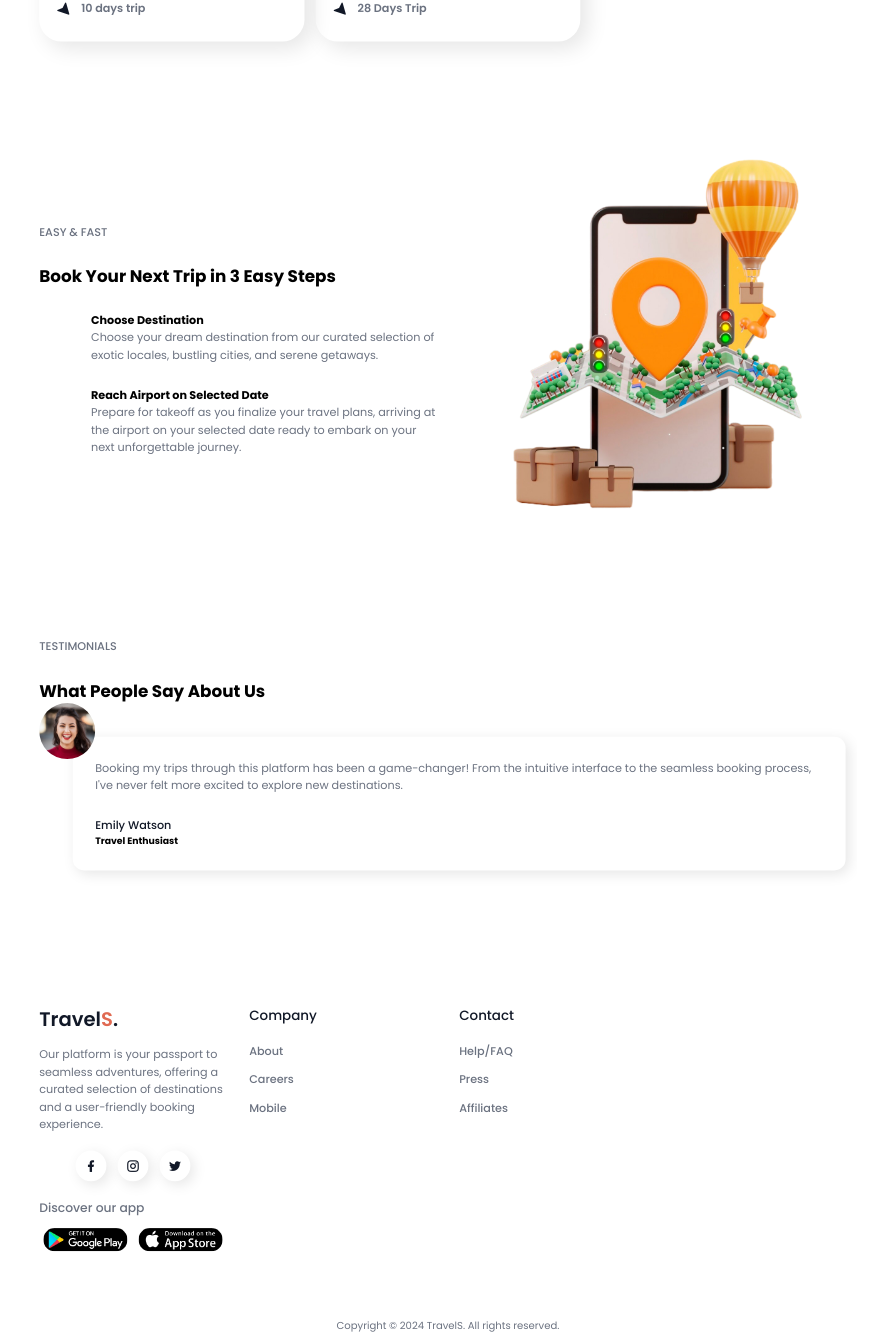
Repository: ntandomagana/travel-website
Page: index.html
The author's editor kept a copy of each file at every save. The page is drawn from the files as they stood at one save, then again after a run of saves.
The browser window is 1280 px wide. The pictures show the part of the page from y = 2199 to 4119 px (the page is 4119 px tall before and 3950 px after), at 70% of full size.

Above is the page before, as saved 2024-05-07 14:40:19.

### index.html
<!DOCTYPE html>
<html lang="en">
  <head>
    <meta charset="UTF-8" />
    <meta name="viewport" content="width=device-width, initial-scale=1.0" />
    <link
      href="https://cdn.jsdelivr.net/npm/remixicon@4.2.0/fonts/remixicon.css"
      rel="stylesheet"
    />
    <link
      rel="stylesheet"
      href="https://cdn.jsdelivr.net/npm/swiper@11/swiper-bundle.min.css"
    />
    <link rel="stylesheet" href="style.css" />
    <link rel="stylesheet" href="mediaqueries.css" />
    <title>Travel Website</title>
  </head>
  <body>
    <nav>
      <div class="nav-header">
        <div class="logo">
          <a href="#" class="logo">Travel<span>S</span>.</a>
        </div>
        <div class="nav-menu-btn" id="menu-btn">
          <i class="ri-menu-line"></i>
        </div>
      </div>

      <ul class="nav-links" id="nav-links">
        <li><a href="#home">Home</a></li>
        <li><a href="#service">Services</a></li>
        <li><a href="#destination">Destinations</a></li>
        <li><a href="#trips">Trips</a></li>
        <li><a href="#client">Clients</a></li>
      </ul>
    </nav>

    <header class="section-container header-container" id="home">
      <div class="header-image">
        <img src="assets/header.png" alt="header" />
      </div>
      <div class="header-content">
        <h3 class="section-subheader">BEST DESTINATIONS AROUND THE WORLD</h3>
        <h1>Travel, enjoy and live a new full life</h1>
        <p>
          It's an invitation to break free from the ordinary, immerse yourself
          in diverse cultures, and embrace the beauty of the world around you.
          Let every journey be a chapter in your story of living life to its
          fullest potential.
        </p>
        <div class="header-btns">
          <button class="btn">Find out more</button>
          <a href="#">
            <span><i class="ri-play-fill"></i></span>
            Play Demo
          </a>
        </div>
      </div>
    </header>

    <section class="section-container service-container" id="service">
      <h3 class="section-subheader">CATEGORY</h3>
      <h2 class="section-header">We Offer Best Services</h2>
      <div class="service-grid">
        <div class="service-card">
          <img src="assets/weather.png" alt="service" />
          <h4>Calculated Weather</h4>
          <p>
            Stay ahead of your travels with precise weather forecasts tailored
            to your destination's conditions.
          </p>
        </div>
        <div class="service-card">
          <img src="assets/customisation.png" alt="service" />
          <h4>Customizations</h4>
          <p>
            Tailor your journey with personalized customizations, ensuring every
            detail reflects your unique travel style.
          </p>
        </div>
      </div>
    </section>

    <section class="section-container destination-container" id="destination">
      <h3 class="section-subheader">TOP SELLING</h3>
      <h2 class="section-header">Top Destinations</h2>
      <div class="destination-grid">
        <div class="destination-card">
          <img src="assets/destination-1.jpg" alt="destination" />
          <div class="destination-details">
            <div>
              <h4>Rome, Italy</h4>
              <h4>$5.42k</h4>
            </div>
            <p>
              <span><i class="ri-navigation-fill"></i></span>
              10 days trip
            </p>
          </div>
        </div>
        <div class="destination-card">
          <img src="assets/destination-3.jpg" alt="destination" />
          <div class="destination-details">
            <div>
              <h4>Full Europe</h4>
              <h4>$15k</h4>
            </div>
            <p>
              <span><i class="ri-navigation-fill"></i></span>
              28 Days Trip
            </p>
          </div>
        </div>
      </div>
    </section>

    <section class="section-container trip-container" id="trip">
      <div class="trip-image">
        <img src="assets/trip.png" />
      </div>
      <div class="trip-content">
        <h3 class="section-subheader">EASY & FAST</h3>
        <h2 class="section-header">Book Your Next Trip in 3 Easy Steps</h2>
        <ul class="trip-list">
          <li>
            <span><i class="ri-signpost-line"></i></span>
            <div>
              <h4>Choose Destination</h4>
              <p>
                Choose your dream destination from our curated selection of
                exotic locales, bustling cities, and serene getaways.
              </p>
            </div>
          </li>

          <li>
            <span><i class="ri-secure-payment-line"></i></span>
            <div>
              <h4>Reach Airport on Selected Date</h4>
              <p>
                Prepare for takeoff as you finalize your travel plans, arriving
                at the airport on your selected date ready to embark on your
                next unforgettable journey.
              </p>
            </div>
          </li>
        </ul>
      </div>
    </section>

    <section class="section-container clinet-container" id="client">
      <div class="client-content">
        <h3 class="section-subheader">TESTIMONIALS</h3>
        <h2 class="section-header">What People Say About Us</h2>
      </div>
      <div class="client-swiper">
        <!--Slider main container-->
        <div class="swiper">
          <!--Additional required wrapper-->
          <div class="swiper-wrapper">
            <!--Slides-->
            <div class="swiper-slide">
              <div class="client-card">
                <img src="assets/client-1.jpg" alt="client" />
                <div class="client-card-content">
                  <p>
                    Booking my trips through this platform has been a
                    game-changer! From the intuitive interface to the seamless
                    booking process, I've never felt more excited to explore new
                    destinations.
                  </p>
                  <h4>Emily Watson</h4>
                  <h5>Travel Enthusiast</h5>
                </div>
              </div>
            </div>
            <div class="swiper-slide">
              <div class="client-card">
                <img src="assets/client-2.jpg" alt="client" />
                <div class="client-card-content">
                  <p>
                    As a busy professional, time is of the essence. This website
                    made planning my vacation a breeze, allowing me to focus on
                    what matters most: making memories with my family.
                  </p>
                  <h4>David Nguyen</h4>
                  <h5>Business Executive</h5>
                </div>
              </div>
            </div>

            <div class="swiper-slide">
              <div class="client-card">
                <img src="assets/client-3.jpg" alt="client" />
                <div class="client-card-content">
                  <p>
                    I've been using this service for years, and it never
                    disappoints. The convenience of booking my flights,
                    accommodations, and activities all in one place saves me
                    time and stress every trip.
                  </p>
                  <h4>Michael Johnson</h4>
                  <h5>Frequent Flyer</h5>
                </div>
              </div>
            </div>
          </div>
        </div>
      </div>
    </section>

    <footer class="footer">
      <div class="section-container footer-container">
        <div class="footer-col">
          <div class="footer-logo">
            <a href="#" class="logo">Travel<span>S</span>.</a>
          </div>
          <p>
            Our platform is your passport to seamless adventures, offering a
            curated selection of destinations and a user-friendly booking
            experience.
          </p>
        </div>
        <div class="footer-col">
            <h4>Company</h4>
            <ul class="footer-links">
                <li><a href="#">About</a></li>
                <li><a href="#">Careers</a></li>
                <li><a href="#">Mobile</a></li>
            </ul>
        </div>
        <div class="footer-col">
          <h4>Contact</h4>
          <ul class="footer-links">
            <li><a href="#">Help/FAQ</a></li>
            <li><a href="#">Press</a></li>
            <li><a href="#">Affiliates</a></li>
          </ul>
        </div>
        <div class="footer-col">
          <ul class="footer-socials">
            <li>
              <a href="#"><i class="ri-facebook-fill"></i></a>
            </li>
            <li>
              <a href="#"><i class="ri-instagram-line"></i></a>
            </li>
            <li>
              <a href="#"><i class="ri-twitter-fill"></i></a>
            </li>
          </ul>
          <h5>Discover our app</h5>
          <div class="footer-discover">
            <a href="#"><img src="assets/google-play.jpg" alt="discover" /></a>
            <a href="#"><img src="assets/app-store.jpg" alt="discover" /></a>
          </div>
        </div>
      </div>
      <div class="footer-bar">
        Copyright © 2024 TravelS. All rights reserved.
      </div>
    </footer>

    <script src="https://unpkg.com/scrollreveal"></script>
    <script src="https://cdn.jsdelivr.net/npm/swiper@11/swiper-bundle.min.js"></script>
    <script src="main.js"></script>

      </div>

    </footer>
  </body>
</html>

### style.css
@import url("https://fonts.googleapis.com/css2?family=Poppins:ital,wght@0,100;0,200;0,300;0,400;0,500;0,600;0,700;0,800;0,900;1,100;1,200;1,300;1,400;1,500;1,600;1,700;1,800;1,900&display=swap");

:root {
  --primary-color: #e06951;
  --text-dark: #111827;
  --text-light: #6b7280;
  --white: #ffffff;
  --max-width: 1200px;
}

* {
  padding: 0;
  margin: 0;
  box-sizing: border-box;
}

html,
body {
  scroll-behavior: smooth;
}

body {
  font-family: "Poppins", sans-serif;
  background-image: url(assets/header-bg.png);
  background-size: contain;
  background-position: top center;
  background-repeat: no-repeat;
}

nav {
  position: fixed;
  isolation: isolate;
  width: 100%;
  max-width: var(--max-width);
  margin-inline: auto;
  z-index: 9;
}

.nav-header {
  padding: 1rem;
  width: 100%;
  display: flex;
  align-items: center;
  justify-content: space-between;
  background-color: var(--text-dark);
}

.nav-header .logo {
  color: var(--white);
}

.nav-menu-btn {
  font-size: 1rem;
  color: var(--white);
  cursor: pointer;
}

.nav-links {
  position: absolute;
  top: 65px;
  left: 0;
  width: 100%;
  list-style: none;
  display: flex;
  align-items: center;
  justify-content: center;
  flex-direction: column;
  gap: 2rem;
  padding: 2rem;
  background-color: var(--text-dark);
  transition: 0.5s;
  z-index: -1;
  transform: translateY(-100%);
}

.nav-links.open {
  transform: translateY(0);
}

.nav-links a {
  font-weight: 500;
  white-space: nowrap;
  color: var(--white);
}

.nav-links a:hover {
  color: var(--primary-color);
}

.section-container {
  max-width: var(--max-width);
  margin: auto;
  padding: 5rem 1rem;
}

.section-subheader {
  margin-bottom: 1rem;
  font-size: 1rem;
  font-weight: 500;
  line-height: 3.75rem;
  color: var(--text-light);
  text-align: center;
}

.logo {
  font-size: 1.75rem;
  font-weight: 600;
  color: var(--text-dark);
}

.logo span {
  color: var(--primary-color);
}

img {
  display: flex;
  width: 100%;
}

a {
  text-decoration: none;
  transition: 0.4s;
}

ul {
  list-style: none;
}

.header-container {
  display: grid;
  gap: 2rem;
  overflow: hidden;
}

.header-image img {
  max-width: 550px;
  margin-inline: auto;
}

.header-content .section-subheader {
  font-size: 1.2rem;
  color: var(--primary-color);
}

.header-content h1 {
  margin-bottom: 1rem;
  font-size: 4.75rem;
  font-weight: 500;
  line-height: 5.5rem;
  color: var(--text-dark);
  text-align: center;
}

.header-content p {
  margin-bottom: 2rem;
  line-height: 2rem;
  color: var(--text-light);
  text-align: center;
}

.header-btns {
  display: flex;
  align-items: center;
  justify-content: center;
  gap: 2rem;
}

.header-btns .btn {
  padding: 1rem 1.5rem;
  outline: none;
  border: none;
  font-size: 1rem;
  color: var(--white);
  background-color: #f1a501;
  border-radius: 5px;
  box-shadow: 2px 2px 20px rgba(241, 165, 1, 0.5);
  cursor: pointer;
}

.header-btns a {
  display: flex;
  align-items: center;
  gap: 1rem;
  font-size: 1rem;
  font-weight: 500;
  color: var(--text-light);
  transition: 0.3s;
}

.header-btns a:hover {
  color: var(--text-dark);
}

.header-btns a span {
  padding: 6px 12px;
  font-size: 1.5rem;
  color: var(--white);
  background-color: var(--primary-color);
  box-shadow: 2px 2px 20px rgba(224, 105, 81, 0.5);
  border-radius: 100%;
}

.service-grid {
  margin-top: 4rem;
  display: grid;
  gap: 1rem;
}

.service-card {
  padding: 2rem 1rem;
  text-align: center;
  border-radius: 2rem;
  transition: 0.3s;
}

.service-card:hover {
  box-shadow: 10px 10px 30px rgba(0, 0, 0, 0.1);
}

.service-card img {
  margin-bottom: 2rem;
  max-width: 60px;
  margin-inline: auto;
}

.service-card h4 {
  margin-bottom: 1rem;
  font-size: 1.2rem;
  font-weight: 600;
  color: var(--text-dark);
}

.service__card p {
  color: var(--text-light);
}

.destination-grid {
  margin-top: 4rem;
  display: grid;
  gap: 1rem;
}

.destination-card {
  border-radius: 2rem;
  overflow: hidden;
  box-shadow: 10px 10px 30px rgba(0, 0, 0, 0.1);
}

.destination-details {
  padding: 1rem 1.5rem;
}

.destination-details > div {
  margin-bottom: 1rem;
  display: flex;
  align-items: center;
  justify-content: space-between;
  gap: 1rem;
}

.destination-details h4 {
  font-size: 1.2rem;
  font-weight: 500;
  color: var(--text-light);
}

.destination-details p {
  margin-bottom: 1rem;
  display: flex;
  align-items: center;
  font-weight: 600;
  gap: 1rem;
  color: var(--text-light);
}

.destination-details p span {
  font-size: 1.25rem;
  color: var(--text-dark);
  transform: rotate(180deg);
}

.trip-container {
  display: grid;
  gap: 2rem;
  overflow: hidden;
}

.trip-image img {
  max-width: 425px;
  margin-inline: auto;
}

.trip-list {
  list-style: none;
  margin-top: 2rem;
  display: grid;
  gap: 2rem;
}

.trip-list li {
  display: flex;
  align-items: center;
  gap: 1rem;
}

.trip-list li span {
  padding: 8px 15px;
  font-size: 1.75rem;
  color: var(--white);
  border-radius: 1rem;
}

.trip__list li:nth-child(1) span {
  background-color: #f0bb1f;
}

.trip__list li:nth-child(2) span {
  background-color: #f15a2b;
}

.trip__list li:nth-child(3) span {
  background-color: #006380;
}

.trip-list p {
  color: var(--text-light);
}

.client-container {
  padding-bottom: 3rem;
  display: grid;
  gap: 2rem 4rem;
}

.swiper {
  width: 100%;
}

.swiper-slide {
  height: auto !important;
}

.client-card {
  position: relative;
  isolation: isolate;
  padding-block: 3rem 2rem;
  padding-inline: 3rem 1rem;
}

.client-card img {
  position: absolute;
  top: 0;
  left: 0;
  max-width: 80px;
  border-radius: 100%;
}

.client-card-content {
  padding: 2rem;
  border-radius: 1rem;
  box-shadow: 5px 5px 20px rgba(0, 0, 0, 0.1);
}

.client-card-content p {
  margin-bottom: 2rem;
  color: var(--text-light);
}

.client-card-content h4 {
  font-size: 1rem;
  font-weight: 500;
  color: var(--text-dark);
}

.client__card__content h5 {
  font-size: 1rem;
  font-weight: 500;
  color: var(--text-light);
}

.footer-container {
  display: grid;
  gap: 2rem;
}

.footer-col p {
  margin-top: 1rem;
  color: var(--text-light);
}

.footer-col h4 {
  margin-bottom: 1.5rem;
  font-size: 1.2rem;
  font-weight: 500;
  color: var(--text-dark);
}

.footer-links {
    display: grid;
    gap: 1rem;
}

.footer-links a {
    font-weight: 500;
    color: var(--text-light);

}

.footer-links a:hover {
    color: var(--primary-color);
}

.footer-socials {
    margin-bottom: 2rem;
    display: flex;
    align-items: center;
    justify-content: center;
    gap: 1rem;
}

.footer-socials a {
    padding: 8px 12px;
    font-size: 1.25rem;
    color: var(--text-dark);
    border-radius: 100%;
    box-shadow: 5px 5px 20px rgba(0, 0, 0, 0.1);
}

.footer-socials a:hover {
    color: var(--white);
    background-color: var(--primary-color);
}
.footer-col h5 {
    margin-bottom: 1rem;
    font-size: 1.1rem;
    font-weight: 500;
    color: var(--text-light);
}


.footer-discover {
    display: flex;
    align-items: center;
    justify-content: center;
    gap: 1rem;
}

.footer-discover img {
    max-width: 120px;
    border-radius: 1rem;
}

.footer-bar {
    padding: 1rem;
    font-size: 0.9rem;
    color: var(--text-light);
    text-align: center;

}

### mediaqueries.css
@media (width > 540px) {
  .service-grid {
    grid-template-columns: repeat(2, 1fr);
  }

  .destination-grid {
    grid-template-columns: repeat(2, 1fr);
  }

  .footer-container {
    grid-template-columns: repeat(2, 1fr);
  }

  .footer-col:nth-child(4) {
    grid-area: 2/1/3/2;
  }
}

@media (width > 768px) {
  nav {
    position: static;
    padding-block: 2rem 0;
    padding-inline: 1rem;
    display: flex;
    align-items: center;
    justify-content: space-between;
    gap: 2rem;
  }

  .nav-header {
    padding: 0;
    background-color: transparent;
  }

  .nav-logo .logo {
    color: var(--text-dark);
  }

  .nav-menu-btn {
    display: none;
  }

  .nav-links {
    position: static;
    padding: 0;
    flex-direction: row;
    justify-content: fix-end;
    gap: 4rem;
    background-color: transparent;
    transform: none;
  }

  .nav-links a {
    color: var(--text-dark);
  }

  .header-container {
    grid-template-columns: repeat(2, 1fr);
    align-items: center;
  }

  .header-image {
    grid-area: 1/2/3;
  }

  .header-content :is(.section-subheader, h1, p) {
    text-align: left;
  }

  .header-btns {
    justify-content: flex-start;
  }

  .service-grid {
    grid-template-columns: repeat(4, 1fr);
  }

  .destination-grid {
    grid-template-columns: repeat(3, 1fr);
  }

  .trip-container {
    grid-template-columns: repeat(2, 1fr);
    align-items: center;
  }

  .trip-image {
    grid-area: 1/2/2/3;
  }

  .trip-content :is(.section-subheader, .section-header) {
    text-align: left;
  }

  .client-container {
    grid-template-columns: repeat(2, 1fr);
  }

  .client-content :is(.section-subheader, .section-header) {
    text-align: left;
  }

  .footer-container {
    grid-template-columns: repeat(4, 1fr);
  }

  .footer__col:nth-child(4) {
    grid-area: unset;
  }
}
}

Loaded but not shown: main.js (no copy from this time; the picture is the same without it)

After the next 2 saves:
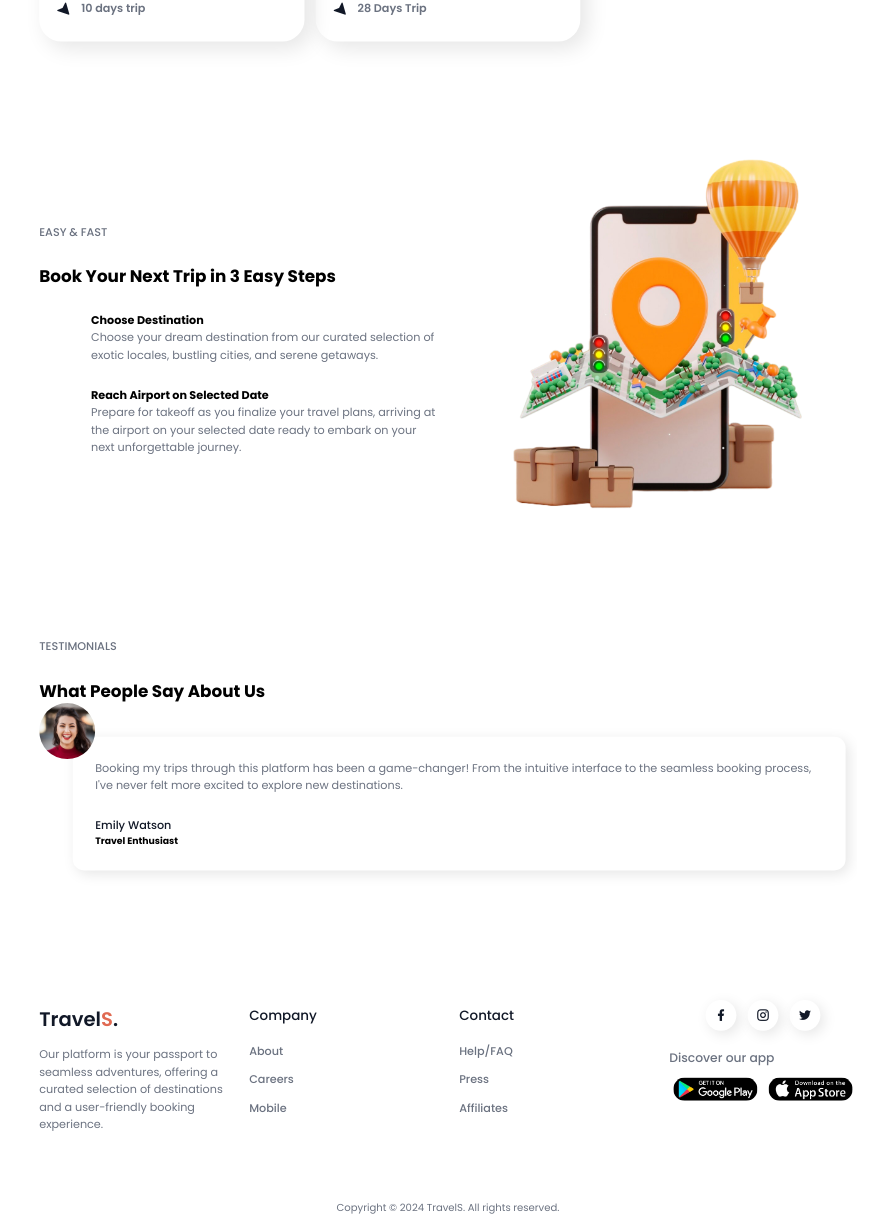
The 2 saves are shown as one change because they came seconds apart.
The last was saved 8 s later.
--- a/mediaqueries.css
+++ b/mediaqueries.css
@@ -104,8 +104,7 @@
     grid-template-columns: repeat(4, 1fr);
   }
 
-  .footer__col:nth-child(4) {
+  .footer-col:nth-child(4) {
     grid-area: unset;
   }
 }
-}
